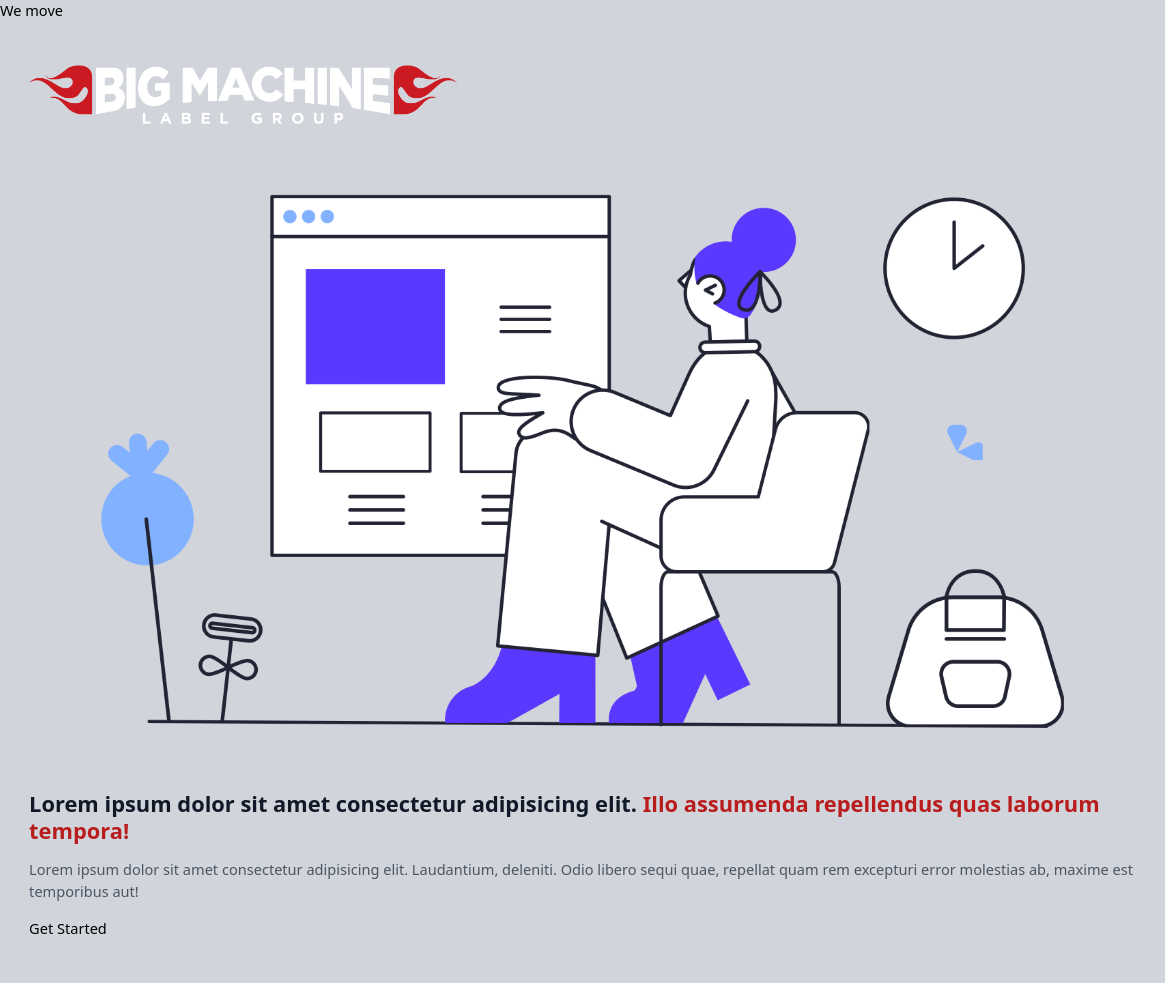
Repository: thasquirrie/fanmanagement
Page: / (app in frontend/)
An editor plug-in stored every save of this project. The page is shown before and after the next save, followed by the edit.
The browser window is 1280 px wide. The pictures show the whole page, at 91% of full size.
The project was rebuilt for these pictures with package versions that can differ from the ones it lists, and the page was loaded fresh each time. A package was used in the major version that the imports need, not the one package.json lists. Also part of the build but not shown: frontend/craco.config.js, frontend/src/App.css.

Above is the page before, as saved 2021-05-25 14:25:23.

### frontend/public/index.html
<!DOCTYPE html>
<html lang="en">

<head>
  <meta charset="utf-8" />
  <link rel="icon" href="%PUBLIC_URL%/favicon.ico" />
  <meta name="viewport" content="width=device-width, initial-scale=1" />
  <meta name="theme-color" content="#000000" />
  <meta name="description" content="Web site created using create-react-app" />
  <link rel="apple-touch-icon" href="%PUBLIC_URL%/logo192.png" />
  <!--
      manifest.json provides metadata used when your web app is installed on a
      user's mobile device or desktop. See https://developers.google.com/web/fundamentals/web-app-manifest/
    -->
  <link rel="manifest" href="%PUBLIC_URL%/manifest.json" />
  <!--
      Notice the use of %PUBLIC_URL% in the tags above.
      It will be replaced with the URL of the `public` folder during the build.
      Only files inside the `public` folder can be referenced from the HTML.

      Unlike "/favicon.ico" or "favicon.ico", "%PUBLIC_URL%/favicon.ico" will
      work correctly both with client-side routing and a non-root public URL.
      Learn how to configure a non-root public URL by running `npm run build`.
    -->
  <title>React App</title>
</head>

<body class='bg-gray-300'>
  <noscript>You need to enable JavaScript to run this app.</noscript>
  <div id="root">
    <p></p>
  </div>
  <!--
      This HTML file is a template.
      If you open it directly in the browser, you will see an empty page.

      You can add webfonts, meta tags, or analytics to this file.
      The build step will place the bundled scripts into the <body> tag.

      To begin the development, run `npm start` or `yarn start`.
      To create a production bundle, use `npm run build` or `yarn build`.
    -->
</body>

</html>

### frontend/src/index.css
body {
 margin: 0;
 font-family: -apple-system, BlinkMacSystemFont, 'Segoe UI', 'Roboto', 'Oxygen',
  'Ubuntu', 'Cantarell', 'Fira Sans', 'Droid Sans', 'Helvetica Neue', sans-serif;
 -webkit-font-smoothing: antialiased;
 -moz-osx-font-smoothing: grayscale;
}

code {
 font-family: source-code-pro, Menlo, Monaco, Consolas, 'Courier New', monospace;
}

@tailwind base;
@tailwind components;
@tailwind utilities;

### frontend/src/App.js
import { Route, BrowserRouter, Switch } from 'react-router-dom';
import Header from './components/Header';
import HomeScreen from './screens/HomeScreen';
// import logo from './logo.svg';
import './App.css';

function App() {
 return (
  <BrowserRouter>
   <Header />
   <main className='container'>
    <Switch>
     <Route path='/' component={HomeScreen} />
    </Switch>
   </main>
  </BrowserRouter>
 );
}

export default App;

### frontend/src/components/Header.jsx
import React from 'react';
import { NavLink } from 'react-router-dom';

const Header = () => {
 let collapse = document.querySelector('#navbar-collapse');

 const handleClick = (e) => {
  console.log(collapse);
  collapse.classList.toggle('hidden');
  collapse.classList.toggle('flex');
 };

 return (
  <div>We move</div>
  // <nav className='bg-white py-2 md:py-4'>
  //  <div className='container px-4 mx-auto md:flex md:items-center'>
  //   <div className='flex justify-between items-center'>
  //    <NavLink to='/' className='font-bold text-xl text-indigo-600'>
  //     FWR
  //    </NavLink>
  //    <button
  //     className='border border-solid border-gray-600 px-3 py-1 rounded text-gray-600 opacity-50 hover:opacity-75 md:hidden'
  //     id='navbar-toggle'
  //     onClick={handleClick}
  //    >
  //     <i className='fas fa-bars'></i>
  //    </button>
  //   </div>

  //   <div
  //    className='md:flex flex-col md:flex-row md:ml-auto mt-3 md:mt-0  hidden'
  //    id='navbar-collapse'
  //   >
  //    <NavLink
  //     to='/'
  //     className='p-2 lg:px-4 md:mx-2 text-white rounded active:bg-indigo-600'
  //    >
  //     Home
  //    </NavLink>
  //    <NavLink
  //     to='#'
  //     className='p-2 lg:px-4 md:mx-2 text-gray-600 rounded hover:bg-gray-200 hover:text-gray-700 transition-colors duration-300 active:bg-indigo-600'
  //    >
  //     About
  //    </NavLink>
  //    <NavLink
  //     to='#'
  //     className='p-2 lg:px-4 md:mx-2 text-gray-600 rounded hover:bg-gray-200 hover:text-gray-700 transition-colors duration-300'
  //    >
  //     Features
  //    </NavLink>
  //    <NavLink
  //     to='#'
  //     className='p-2 lg:px-4 md:mx-2 text-gray-600 rounded hover:bg-gray-200 hover:text-gray-700 transition-colors duration-300'
  //    >
  //     Pricing
  //    </NavLink>
  //    <NavLink
  //     to='#'
  //     className='p-2 lg:px-4 md:mx-2 text-gray-600 rounded hover:bg-gray-200 hover:text-gray-700 transition-colors duration-300'
  //    >
  //     Contact
  //    </NavLink>
  //    <NavLink
  //     to='#'
  //     className='p-2 lg:px-4 md:mx-2 text-indigo-600 text-center border border-transparent rounded hover:bg-indigo-100 hover:text-indigo-700 transition-colors duration-300'
  //    >
  //     Login
  //    </NavLink>
  //    <NavLink
  //     to='#'
  //     className='p-2 lg:px-4 md:mx-2 text-indigo-600 text-center border border-solid border-indigo-600 rounded hover:bg-indigo-600 hover:text-white transition-colors duration-300 mt-1 md:mt-0 md:ml-1'
  //    >
  //     Signup
  //    </NavLink>
  //   </div>
  //  </div>
  // </nav>
 );
};

export default Header;

### frontend/src/screens/HomeScreen.jsx
import React from 'react';

const HomeScreen = () => {
 return (
  <>
   <div className='px-8 py-12'>
    <img className='lg:h-16' src='/img/pngegg.png' alt='Big Machine' />
    <img
     className='mt-6 rounded-lg'
     src='/img/pablita-522.png'
     alt='Woman organizing shadow-xl'
    />
    <h1 className='mt-6 text-2xl font-bold text-gray-900 leading-tight'>
     Lorem ipsum dolor sit amet consectetur adipisicing elit.{' '}
     <span className='text-red-700'>
      Illo assumenda repellendus quas laborum tempora!
     </span>
    </h1>
    <p className='mt-4 text-gray-600'>
     Lorem ipsum dolor sit amet consectetur adipisicing elit. Laudantium,
     deleniti. Odio libero sequi quae, repellat quam rem excepturi error
     molestias ab, maxime est temporibus aut!
    </p>

    <div className='mt-4'>
     <button>Get Started</button>
    </div>
   </div>
  </>
 );
};

export default HomeScreen;

Loaded but not shown: frontend/src/index.js (common file); frontend/src/reportWebVitals.js (common file); frontend/tailwind.config.js (common file)

After the next save:
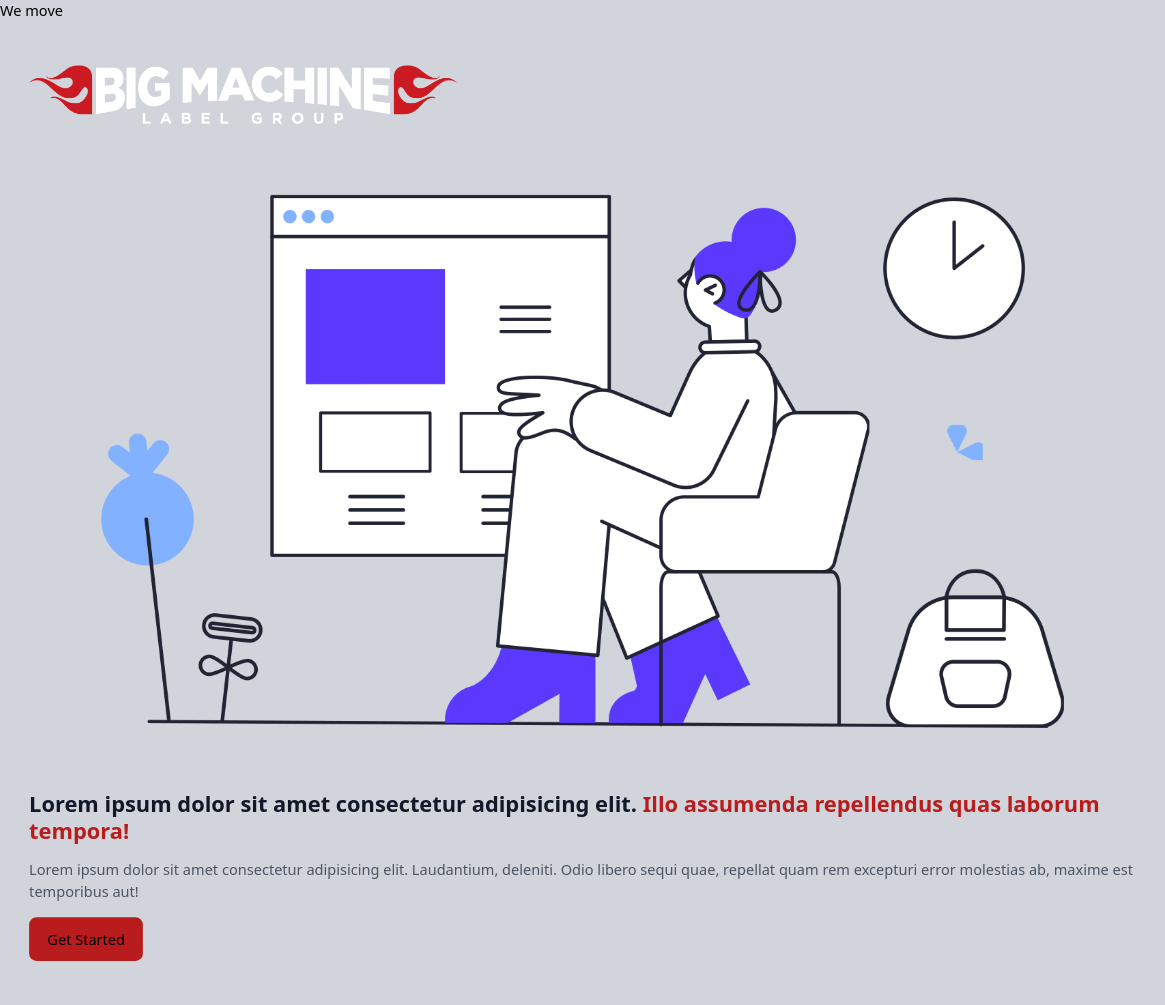
Saved 41 s later.
--- a/frontend/src/screens/HomeScreen.jsx
+++ b/frontend/src/screens/HomeScreen.jsx
@@ -23,7 +23,9 @@
     </p>
 
     <div className='mt-4'>
-     <button>Get Started</button>
+     <button className='inline-block px-5 py-3 rounded-lg bg-red-700'>
+      Get Started
+     </button>
     </div>
    </div>
   </>
